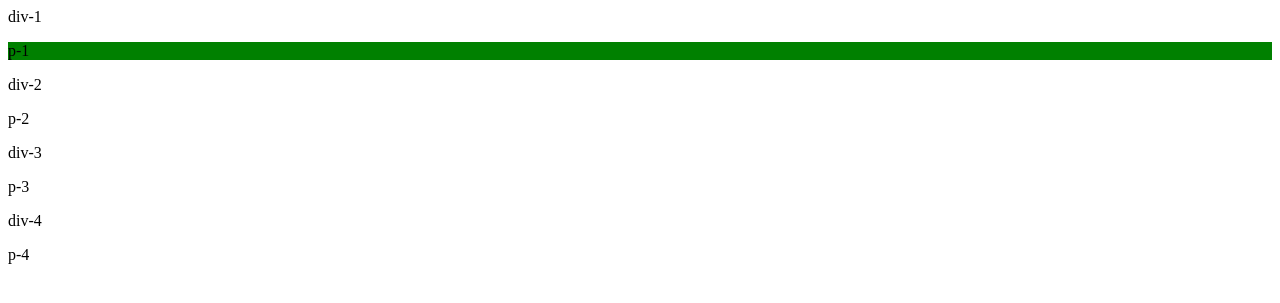
Repository: harin1212/PDA-frontend
Page: day3/selector_test.html
These files come from the project's save history. The page is drawn as it stood at one moment and after the next save; the edit follows.
The browser window is 1280 px wide. The pictures show the whole page.

Above is the page before, as saved 2023-07-31 10:49:58.

After the next save:
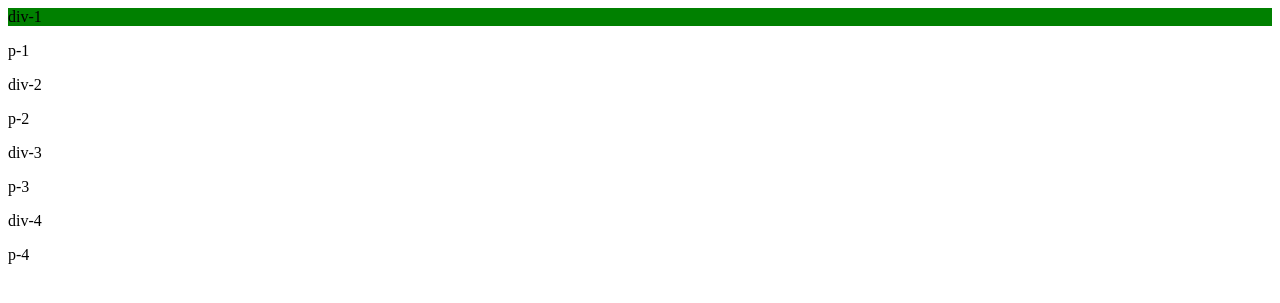
Saved 41 s later.
--- a/day3/selector_test.html
+++ b/day3/selector_test.html
@@ -8,7 +8,7 @@
         /*div:first-child{
             border: 2px solid silver;
         }*/
-        p:first-of-type{
+        div:first-of-type{
             background-color: green;
         }
 
